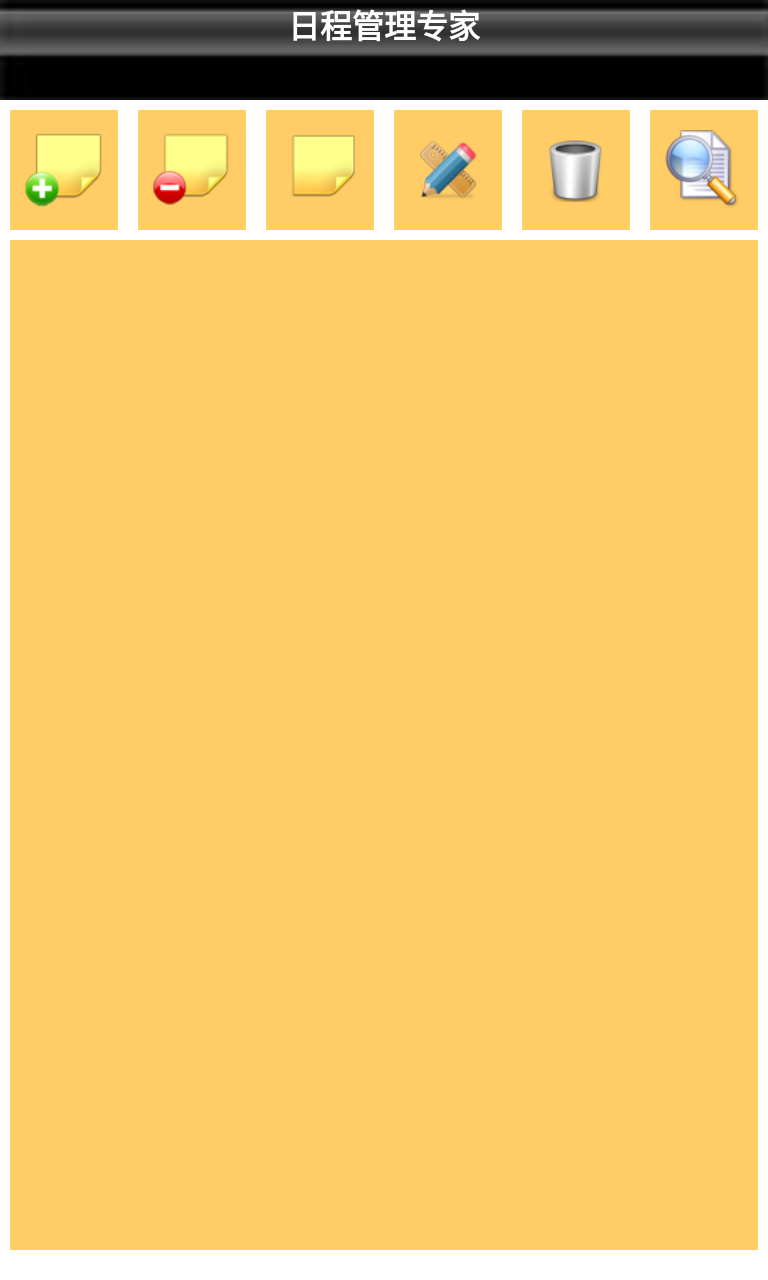
Repository: gogolaile/CoolWeather
Layout: DayDel/res/layout/activity_main.xml
The author's editor kept a copy of each file at every save. The layout is drawn from the files as they stood at one save, then again after the next save.
It is drawn on a 768 x 1280 px phone screen (xhdpi) without system bars, with theme android:Theme.NoTitleBar.Fullscreen; the app's code is not run. Lists and similar views that code fills are empty.

Above is the layout before, as saved 2015-12-05 02:14:04.

### DayDel/res/layout/activity_main.xml
<LinearLayout xmlns:android="http://schemas.android.com/apk/res/android"
    android:layout_width="match_parent"
    android:layout_height="match_parent"
    android:background="#FFFF"
    android:orientation="vertical">

    <FrameLayout
        android:layout_width="match_parent"
        android:layout_height="50dp"
        android:background="@drawable/title">
    <TextView
        android:layout_width="wrap_content"
        android:layout_height="wrap_content"
        android:text="@string/day_manager"
        android:textSize="16sp"
        android:textColor="#FFFF"
        android:textStyle="bold"
        android:layout_gravity="center_horizontal"
        />
     </FrameLayout>
     <LinearLayout
         android:layout_width="match_parent"
         android:layout_height="wrap_content"
         android:orientation="horizontal">
         <ImageButton
             android:id = "@+id/newone_b"
             android:layout_width="0dp"
             android:layout_height="60dp"
             android:layout_weight="1"
             android:layout_margin="5dp"
             android:padding="20dp"
             android:background="#FFCC66"
             android:src="@drawable/newone"/>
          <ImageButton
             android:id = "@+id/delete_b"
             android:layout_width="0dp"
             android:layout_height="60dp"
             android:layout_weight="1"
             android:layout_margin="5dp"
             android:padding="20dp"
             android:background="#FFCC66"
             android:src="@drawable/delete"/>
           <ImageButton
             android:id = "@+id/check_b"
             android:layout_width="0dp"
             android:layout_height="60dp"
             android:layout_weight="1"
             android:layout_margin="5dp"
             android:padding="20dp"
             android:background="#FFCC66"
             android:src="@drawable/check"/>
            <ImageButton
             android:id = "@+id/edit_b"
             android:layout_width="0dp"
             android:layout_height="60dp"
             android:layout_weight="1"
             android:layout_margin="5dp"
             android:padding="20dp"
             android:background="#FFCC66"
             android:src="@drawable/edit"/>
           <ImageButton
             android:id = "@+id/deleteall_b"
             android:layout_width="0dp"
             android:layout_height="60dp"
             android:layout_weight="1"
             android:layout_margin="5dp"
             android:padding="20dp"
             android:background="#FFCC66"
             android:src="@drawable/deleteall"/>
           <ImageButton
             android:id = "@+id/search_b"
             android:layout_width="0dp"
             android:layout_height="60dp"
             android:layout_weight="1"
             android:layout_margin="5dp"
             android:padding="20dp"
             android:background="#FFCC66"
             android:src="@drawable/search"/>
     </LinearLayout>
     <ListView
             android:layout_width="match_parent"
             android:layout_height="match_parent"
             android:background="#FFCC66"
             android:longClickable="true"
             android:choiceMode="singleChoice"
             android:cacheColorHint="#0000000"
             android:layout_marginLeft="5dp"
             android:layout_marginRight="5dp"
             android:layout_marginBottom="15dp">
     </ListView>
</LinearLayout>

### DayDel/res/values/strings.xml
<?xml version="1.0" encoding="utf-8"?>
<resources>

    <string name="app_name">DayDel</string>
    <string name="hello_world">Hello world!</string>
    <string name="action_settings">Settings</string>
    <string name="day_manager">日程管理专家</string>

</resources>

After the next save:
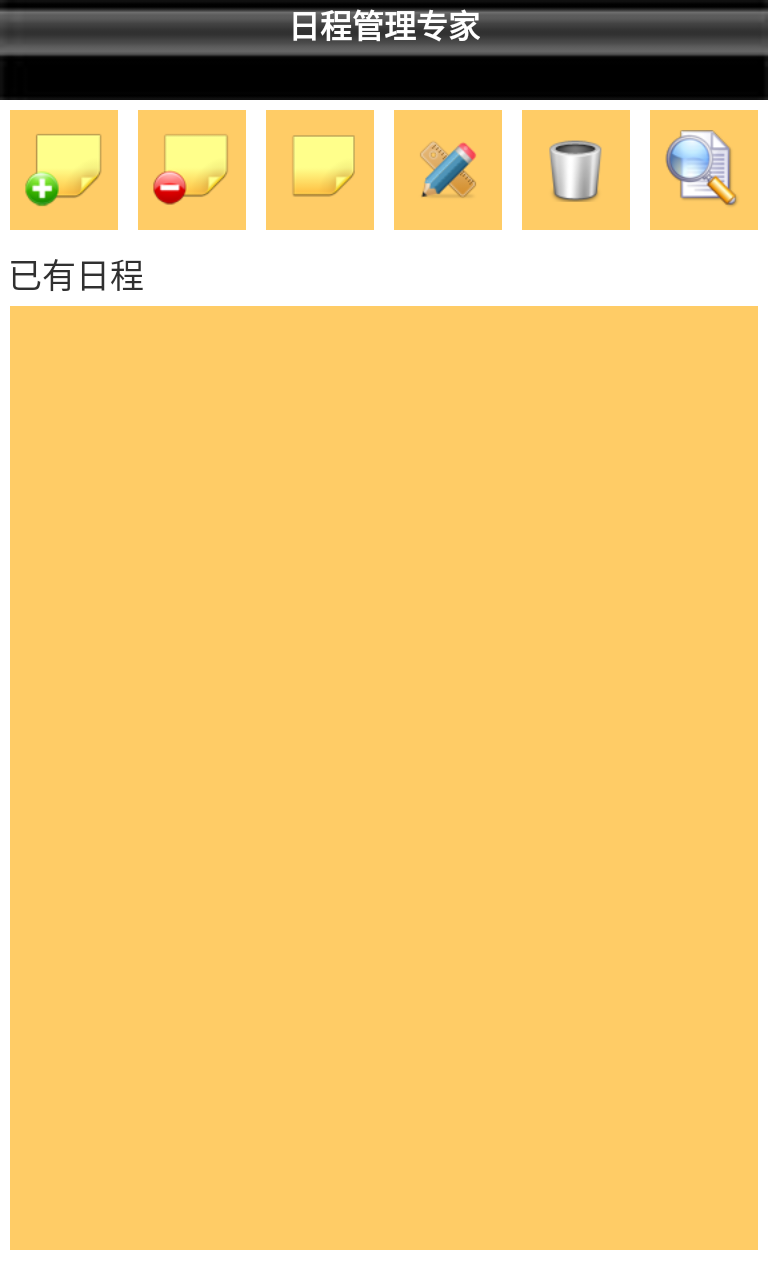
Saved 100 s later.
--- a/DayDel/res/layout/activity_main.xml
+++ b/DayDel/res/layout/activity_main.xml
@@ -77,6 +77,13 @@
              android:background="#FFCC66"
              android:src="@drawable/search"/>
      </LinearLayout>
+     <TextView
+         android:layout_width="wrap_content"
+         android:layout_height="wrap_content"
+         android:layout_margin="4dip"
+         android:textColor="#303030"
+         android:text = "已有日程"
+         android:textSize="17sp"/>
      <ListView
              android:layout_width="match_parent"
              android:layout_height="match_parent"
